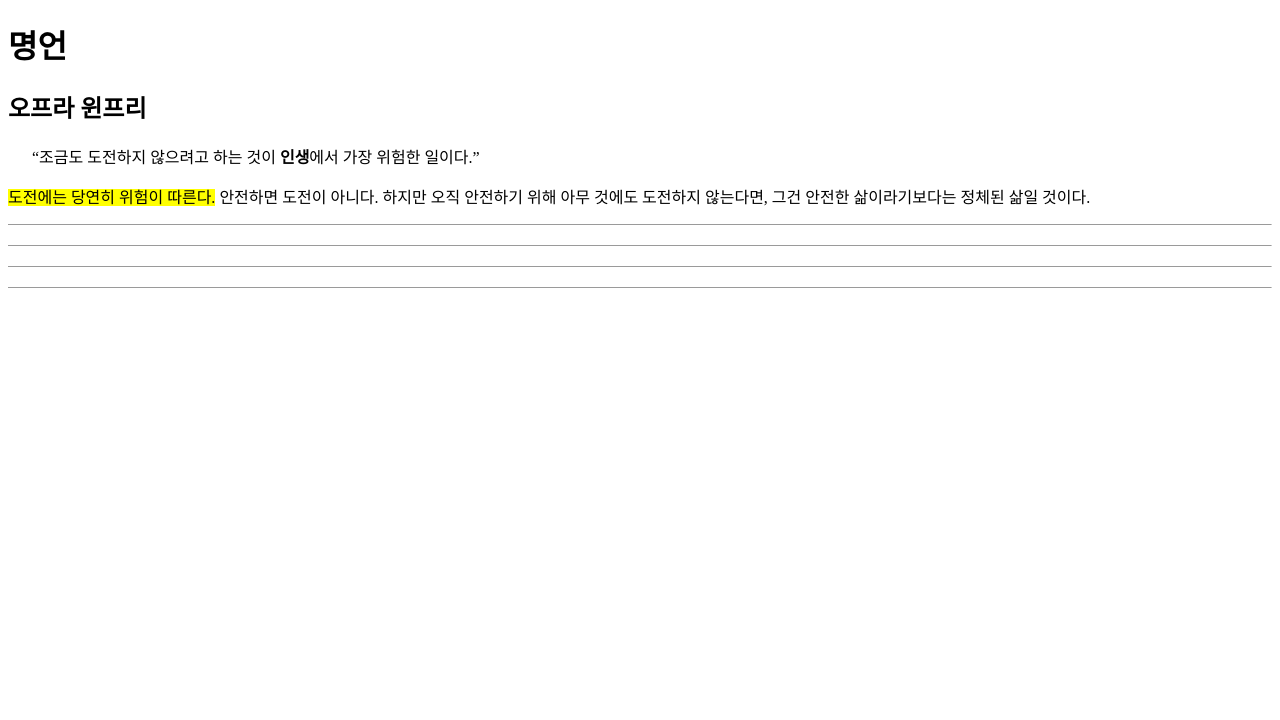
Repository: heoSuKyeong/client_Ssanyong
Page: ClientTest/src/main/webapp/html/q006.html
These files come from the project's save history. The page is drawn as it stood at one moment and after the next save; the edit follows.
The browser window is 1280 px wide. The pictures show the whole page.

Above is the page before, as saved 2023-09-20 05:02:07.

After the next save:
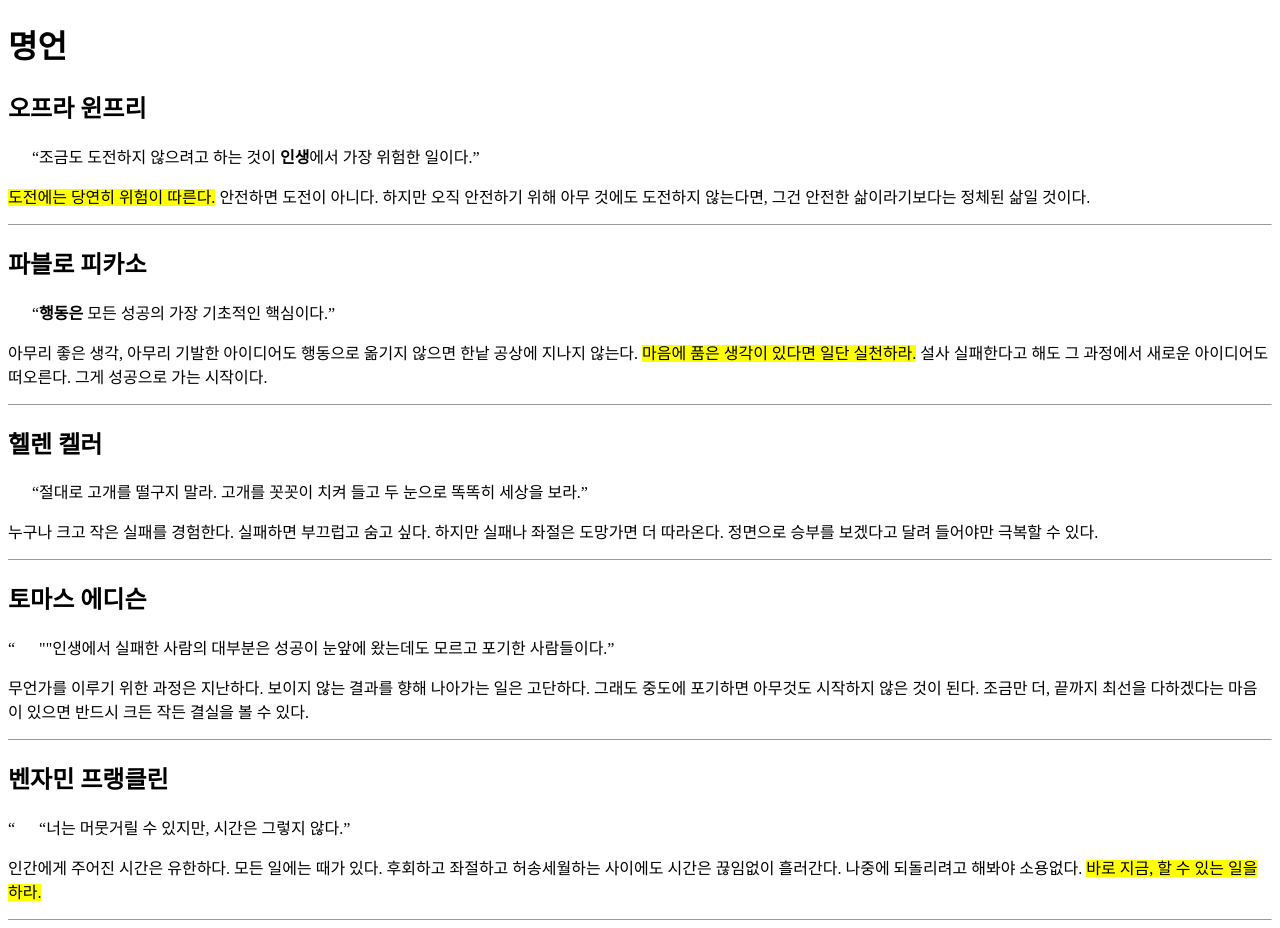
Saved 4 min 50 s later.
--- a/ClientTest/src/main/webapp/html/q006.html
+++ b/ClientTest/src/main/webapp/html/q006.html
@@ -13,22 +13,24 @@
 	<p><mark>도전에는 당연히 위험이 따른다.</mark> 안전하면 도전이 아니다. 하지만 오직 안전하기 위해 아무 것에도 도전하지 않는다면, 그건 안전한 삶이라기보다는 정체된 삶일 것이다.</p>
 	<hr size="1">
 
-
-	<h2></h2>
-	<cite></cite>
-	<p></p>
+	<h2>파블로 피카소</h2>
+	<p>&nbsp;&nbsp;&nbsp;&nbsp;&nbsp;&nbsp;“<b>행동은</b> 모든 성공의 가장 기초적인 핵심이다.”</p>
+	<p>아무리 좋은 생각, 아무리 기발한 아이디어도 행동으로 옮기지 않으면 한낱 공상에 지나지 않는다. <mark>마음에 품은 생각이 있다면 일단 실천하라.</mark> 설사 실패한다고 해도 그 과정에서 새로운 아이디어도 떠오른다. 그게 성공으로 가는 시작이다.</p>
 	<hr size="1">
 
-
-	<h2></h2>
-	<cite></cite>
-	<p></p>
+	<h2>헬렌 켈러</h2>
+	<p>&nbsp;&nbsp;&nbsp;&nbsp;&nbsp;&nbsp;“절대로 고개를 떨구지 말라. 고개를 꼿꼿이 치켜 들고 두 눈으로 똑똑히 세상을 보라.”</p>
+	<p>누구나 크고 작은 실패를 경험한다. 실패하면 부끄럽고 숨고 싶다. 하지만 실패나 좌절은 도망가면 더 따라온다. 정면으로 승부를 보겠다고 달려 들어야만 극복할 수 있다.</p>
 	<hr size="1">
 
+	<h2>토마스 에디슨</h2>
+	<p>“&nbsp;&nbsp;&nbsp;&nbsp;&nbsp;&nbsp;""인생에서 실패한 사람의 대부분은 성공이 눈앞에 왔는데도 모르고 포기한 사람들이다.”</p>
+	<p>무언가를 이루기 위한 과정은 지난하다. 보이지 않는 결과를 향해 나아가는 일은 고단하다. 그래도 중도에 포기하면 아무것도 시작하지 않은 것이 된다. 조금만 더, 끝까지 최선을 다하겠다는 마음이 있으면 반드시 크든 작든 결실을 볼 수 있다.</p>
+	<hr size="1">
 
-	<h2></h2>
-	<cite></cite>
-	<p></p>
+	<h2>벤자민 프랭클린</h2>
+	<p>“&nbsp;&nbsp;&nbsp;&nbsp;&nbsp;&nbsp;“너는 머뭇거릴 수 있지만, 시간은 그렇지 않다.”</p>
+	<p>인간에게 주어진 시간은 유한하다. 모든 일에는 때가 있다. 후회하고 좌절하고 허송세월하는 사이에도 시간은 끊임없이 흘러간다. 나중에 되돌리려고 해봐야 소용없다. <mark>바로 지금, 할 수 있는 일을 하라.</mark></p>
 	<hr size="1">
 
 </body>
